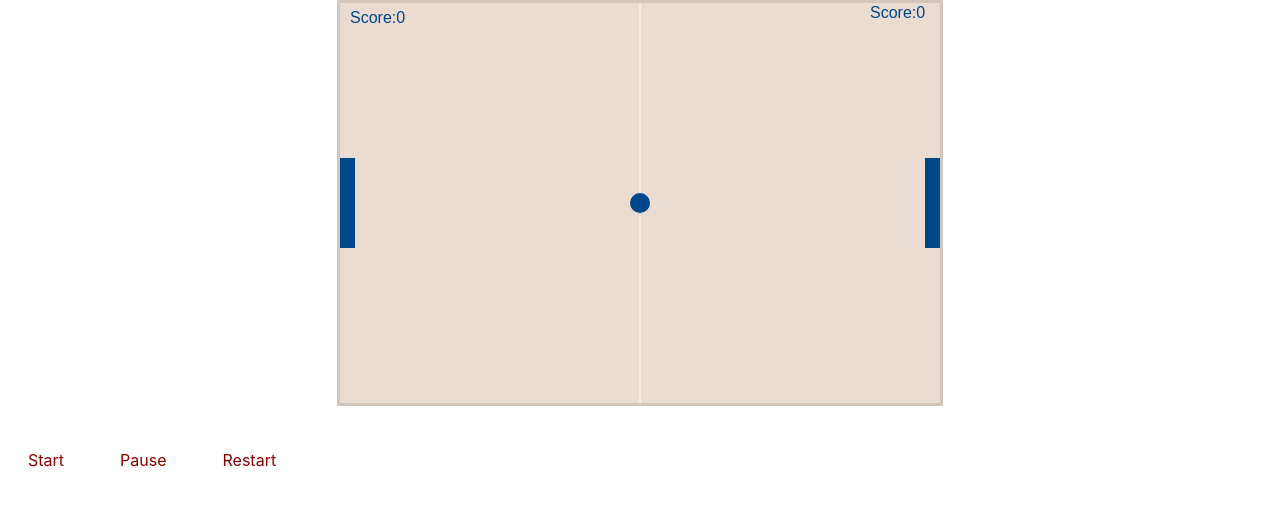
Repository: qtqqrdy13/ping-pong
Page: index.html
These files come from the project's save history. The page is drawn as it stood at one moment and after the next save; the edit follows.
The browser window is 1280 px wide. The pictures show the whole page.

Above is the page before, as saved 2024-02-25 16:06:14.

### index.html
<!DOCTYPE html>
<html lang="en">
<head>
    <meta charset="UTF-8">
    <meta name="viewport" content="width=device-width, initial-scale=1.0">
    <title>Document</title>
    <link rel="stylesheet" href="style.css">
    <link rel="stylesheet" href="https://maxcdn.bootstrapcdn.com/bootstrap/4.0.0/css/bootstrap.min.css">
</head>
<body>
    <div class="container">
        <canvas id="canvas" width="600" height="400"></canvas>

    </div>
    <div class="button">
        <button id="start-btn" class="btn">Start</button>
        <button id="pause-btn" class="btn">Pause</button>
        <button id="restart-btn" class="btn">Restart</button>
    </div>
    <script src="script.js"></script>
    <script src="https://code.jquery.com/jquery-3.6.0.min.js"></script>
  <script src="https://maxcdn.bootstrapcdn.com/bootstrap/4.0.0/js/bootstrap.min.js"></script>
</body>
</html>

### style.css
.container{
    display: flex;
    justify-content: center;
    align-items: center;
    flex-direction: column;
}
.button{
    display: flex;
    justify-content: start;
    margin-top: 20px;
}
.btn{
    background-color: white;
    color: darkred;
    cursor: pointer;
    border-radius:15px;
    padding: 15px 25px;
    text-align: center;
    display: inline-block;
    font-size: 18px;
    margin: 15px;
    transition: transform 1s;
}
.btn:hover{
transform: scale(0.9);
}
canvas{
    background-color: #ebdcd2;
    border:3px solid #D3C6BD;
}

### script.js
var canvas = document.getElementById("canvas");
var ctx = canvas.getContext("2d");
var startBtn = document.getElementById("start-btn");
var pauseBtn = document.getElementById("pause-btn");
var restartBtn = document.getElementById("restart-btn");
var isGameRunning = false;
var animationId;
startBtn.addEventListener("click",function(){
if(!isGameRunning){
    isGameRunning = true;
    loop();
}
})
pauseBtn.addEventListener("click",function(){
    isGameRunning = false;
    cancelAnimationFrame(animationId);
})
restartBtn.addEventListener("click",function(){
    document.location.reload;
})
 addEventListener("load",(event)=>{
draw();
 })
 let ballRadius = 10;
 let ballX = canvas.width / 2;
 let ballY = canvas.height / 2;
 let ballSpeedX = 5;
 let ballSpeedY = 5;
 let padleHeight = 90;
 let padleWidth = 15;
 let leftPadleY = canvas.height / 2 - padleHeight / 2;
 let rightPadleY = canvas.height / 2 - padleHeight / 2;
 let padleSpeed = 5;
 let leftPlayerScore = 0;
 let rightPlayerScore = 0;
 let maxScore = 10;

 document.addEventListener("keydown",keyDownHandler);
 document.addEventListener("keyup",keyUpHandler);

 let upPressed = false;
 let downPressed = false;
 let wPressed = false;
 let sPressed = false;
 function keyDownHandler(e){
    if(e.key === "ArrowUp"){
        upPressed = true;
    }
    else if(e.key === "ArrowDown"){
        downPressed = true;
    }
    else if(e.key === "w"){
        wPressed = true;
    }
    else if(e.key === "s"){
        sPressed = true;
    }
 }
 function keyUpHandler(e){
    if(e.key === "ArrowUp"){
        upPressed = false;
    }
    else if(e.key === "ArrowDown"){
        downPressed = false;
    }
    else if(e.key === "w"){
        wPressed = false;
    }
    else if(e.key === "s"){
        sPressed = false;
    }
 }
 function updateGameStatus(){
    if(upPressed && rightPadleY > 0){
        rightPadleY -= padleSpeed
    }
    else if(downPressed && rightPadleY + padleHeight < canvas.height){
        rightPadleY += padleSpeed;
    }
    if(wPressed && leftPadleY > 0){
        leftPadleY -= padleSpeed;
    }
    else if(sPressed && leftPadleY + padleHeight < canvas.height){
        leftPadleY += padleSpeed;
    }
    ballX += ballSpeedX;
    ballY += ballSpeedY;
    if(ballY - ballRadius < 0 || ballY + ballRadius > canvas.height){
        ballSpeedY = -ballSpeedY;
    }
    if(ballX - ballRadius < padleWidth && ballY > leftPadleY && ballY < leftPadleY + padleHeight){
        ballSpeedX = -ballSpeedX;
    }
    if(ballX + ballRadius > canvas.width - padleWidth && ballY > rightPadleY && ballY < rightPadleY + padleHeight){
        ballSpeedX = -ballSpeedX;
    }
    if(ballX < 0){
        rightPlayerScore++;
        reset();
    }
    else if(ballX > canvas.width){
        leftPlayerScore++;
        reset();
    }
    if(leftPlayerScore === maxScore){
        alert("First player is win!Congratulation!");
    }
    else if(rightPlayerScore === maxScore){
        alert("Twice player is win!Congratulation!");
    }
 }

 function reset(){
    ballX = canvas.width / 2;
    ballY = canvas.height / 2;
    ballSpeedX = -ballSpeedX;
    ballSpeedY = Math.random() * 10 - 5;
 }


 function draw(){
    ctx.clearRect(0,0,canvas.width,canvas.height);
    ctx.fillStyle = '#00468b';
    ctx.font = '16px Arial';
    ctx.beginPath();
    ctx.moveTo(canvas.width / 2, 0);
    ctx.lineTo(canvas.width / 2, canvas.height);
    ctx.strokeStyle = '#ffffff';
    ctx.stroke();
    ctx.closePath();

    ctx.beginPath();
    ctx.arc(ballX,ballY,ballRadius,0,Math.PI * 2);
    ctx.fill();
    ctx.closePath();

    ctx.fillRect(0,leftPadleY,padleWidth,padleHeight);
    ctx.fillRect(canvas.width - padleWidth,rightPadleY,padleWidth,padleHeight);
    ctx.fillText("Score:"+leftPlayerScore,10,20);
    ctx.fillText("Score:"+rightPlayerScore,canvas.width - 70,15);
 }

 function loop(){
    update();
    draw();
    animationId = requestAnimationFrame(loop);
 }

After the next save:
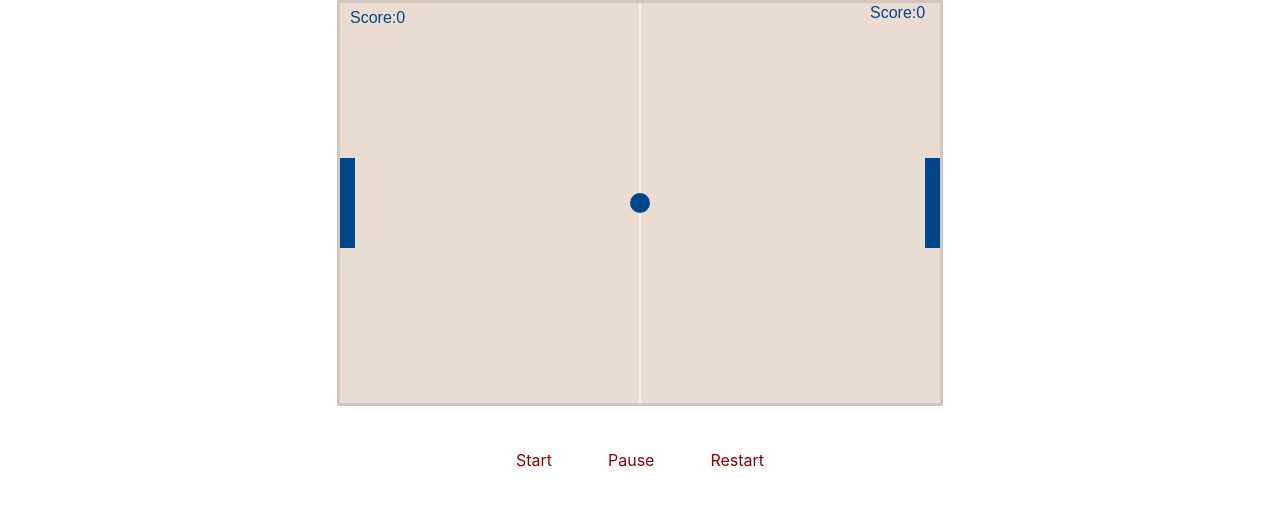
Saved 18 s later.
--- a/style.css
+++ b/style.css
@@ -6,7 +6,7 @@
 }
 .button{
     display: flex;
-    justify-content: start;
+    justify-content: center;
     margin-top: 20px;
 }
 .btn{
